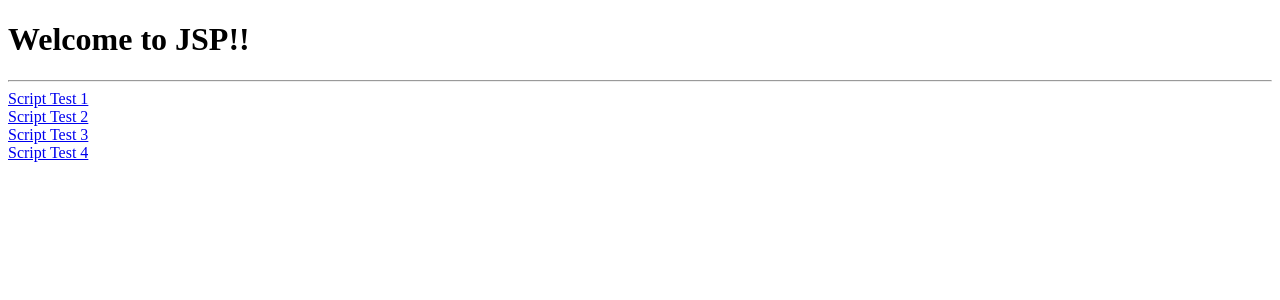
Repository: minjuleee/Server_study
Page: http://localhost/web/index.jsp
These files come from the project's save history. The page is drawn as it stood at one moment and after the next save; the edit follows.
The browser window is 1280 px wide. The pictures show the whole page.
The page is served by Tomcat 10.

Above is the page before, as saved 2025-11-18 13:46:38.

After the next save:
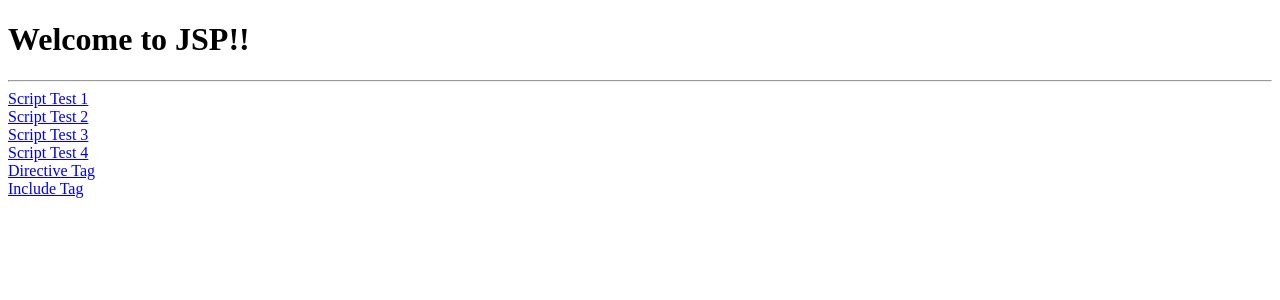
Saved 23 s later.
--- a/dev/web/src/main/webapp/index.jsp
+++ b/dev/web/src/main/webapp/index.jsp
@@ -14,6 +14,8 @@
 	<a href="02_script_test.jsp">Script Test 2</a><br/>
 	<a href="03_script_test.jsp">Script Test 3</a><br/>
 	<a href="04_script_test.jsp">Script Test 4</a><br/>
+	<a href="05_directive.jsp">Directive Tag</a><br/>
+	<a href="07_include.jsp">Include Tag</a><br/>
 
 </body>
 </html>
